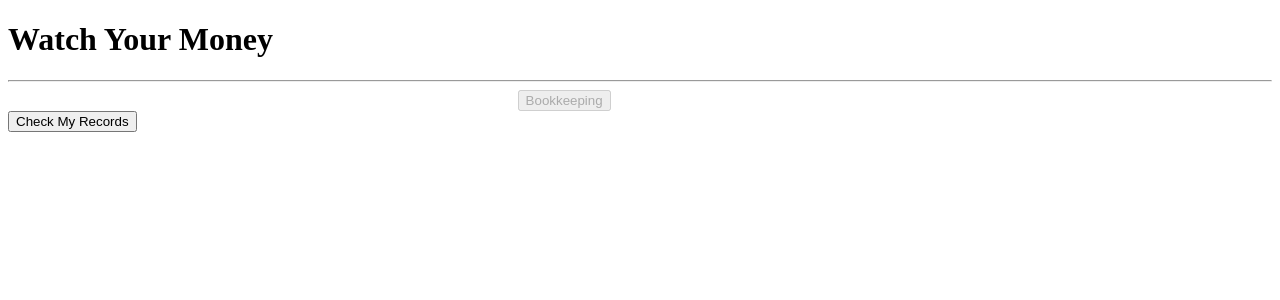
Repository: chelsea9869/Hackathon-TNT
Page: http://localhost/app/watch_your_money.php
The author's editor kept a copy of each file at every save. The page is drawn from the files as they stood at one save, then again after a run of saves.
The browser window is 1280 px wide. The pictures show the whole page.
The page is run by PHP 8.4 with error messages shown; the project is at /var/www/html/.

Above is the page before, as saved 2020-09-05 10:53:21.

After the next 2 saves:
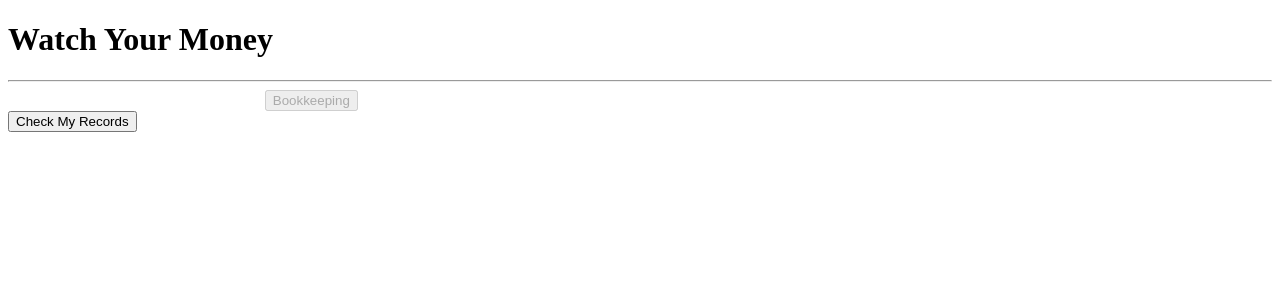
The 2 saves are shown as one change because they came seconds apart.
The last was saved 6 s later.
--- a/app/watch_your_money.php
+++ b/app/watch_your_money.php
@@ -9,7 +9,7 @@
     <h1>Watch Your Money</h1>
     <hr>
     <div name='function'>
-        <div id='dummy' style="width:40%;display: inline-table"></div>
+        <div id='dummy' style="width:20%;display: inline-table"></div>
         <div id='bookkeeping' style="width:40%;display: inline-table">
             <button disabled="disabled">Bookkeeping</button>
         </div>
